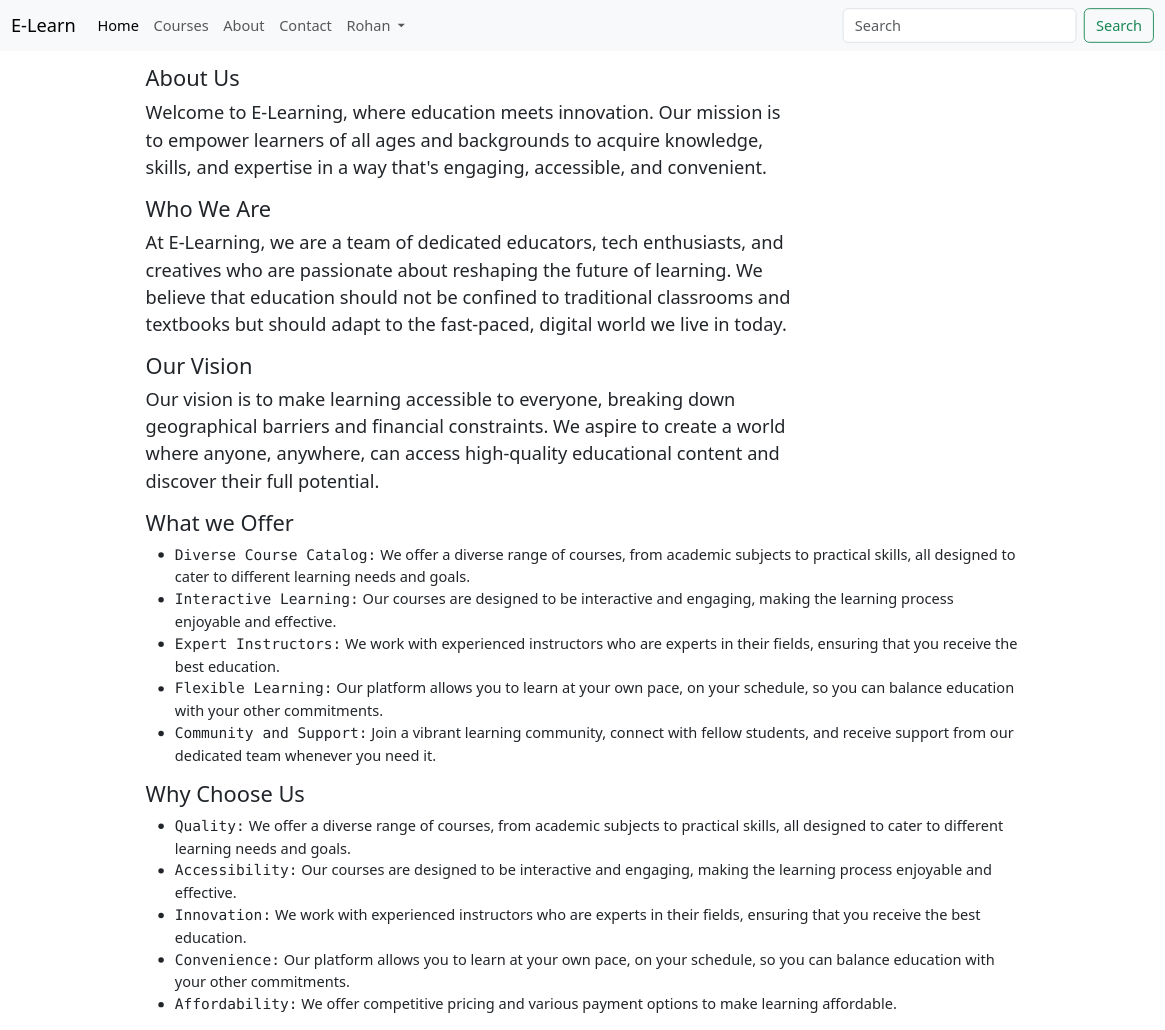
Repository: syni18/bootstrap_elarn
Page: About.html
An editor plug-in stored every save of this project. The page is shown before and after a run of saves, followed by the edit.
The browser window is 1280 px wide. The pictures show the whole page, at 91% of full size.

Above is the page before, as saved 2023-10-25 23:24:57.

After the next 2 saves:
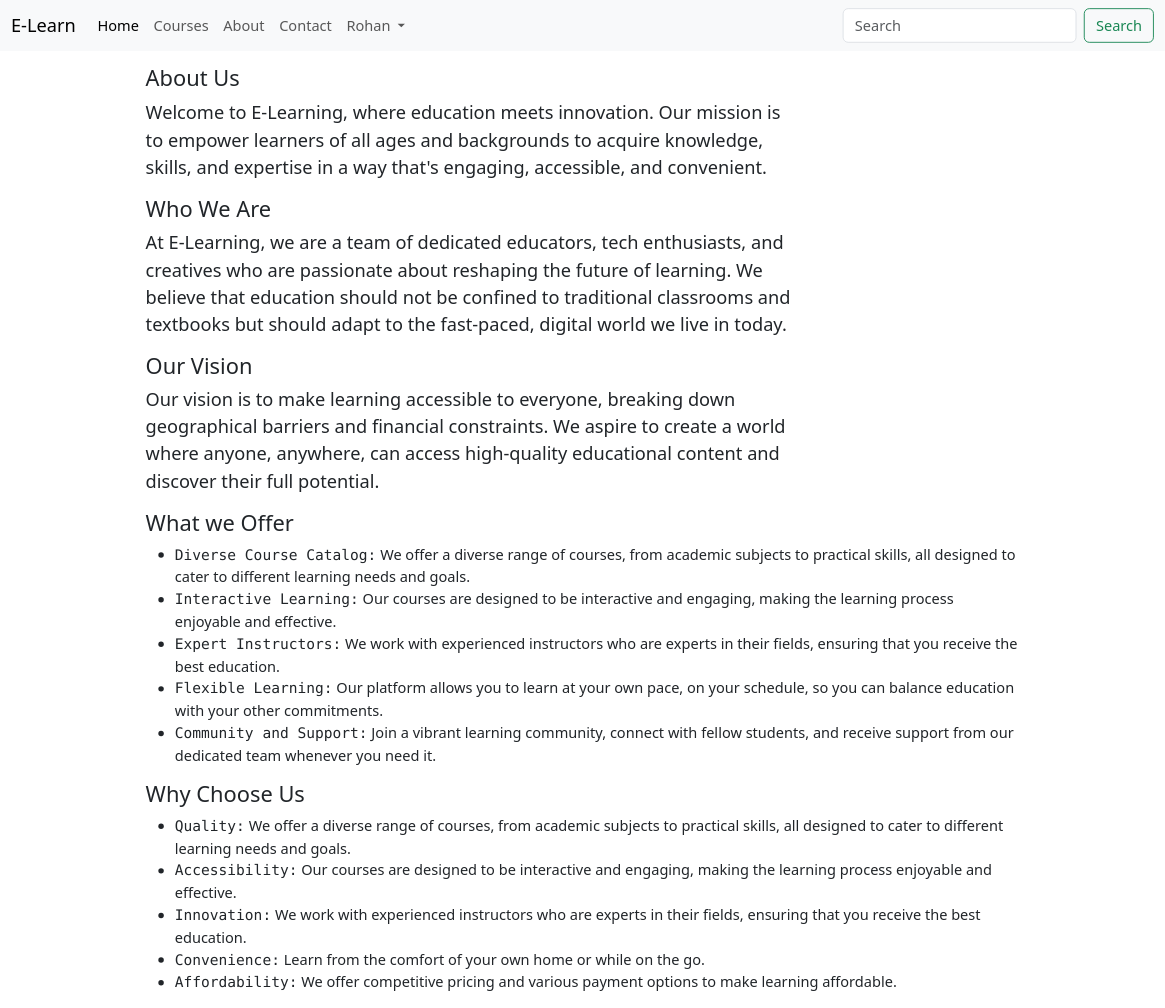
The 2 saves are shown as one change because they came seconds apart.
The last was saved 14 s later.
--- a/About.html
+++ b/About.html
@@ -75,7 +75,7 @@
         <li class=""><samp>Quality:</samp> We offer a diverse range of courses, from academic subjects to practical skills, all designed to cater to different learning needs and goals.</li>
         <li><samp>Accessibility:</samp> Our courses are designed to be interactive and engaging, making the learning process enjoyable and effective.</li>
         <li><samp>Innovation:</samp> We work with experienced instructors who are experts in their fields, ensuring that you receive the best education.</li>
-        <li><samp>Convenience:</samp> Our platform allows you to learn at your own pace, on your schedule, so you can balance education with your other commitments.</li>
+        <li><samp>Convenience:</samp> Learn from the comfort of your own home or while on the go.</li>
         <li><samp>Affordability:</samp>  We offer competitive pricing and various payment options to make learning affordable.</li>
     </ul>
 </div>
